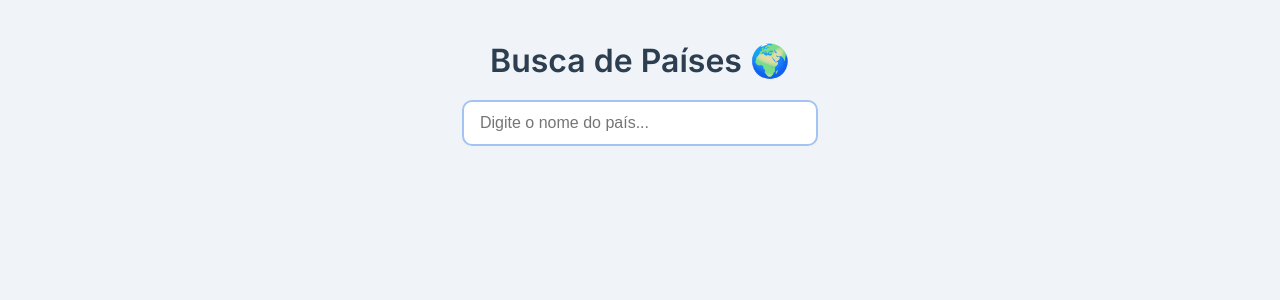
Repository: Wbyh7z/procurador-de-pa-s
Page: index.html
An editor plug-in stored every save of this project. The page is shown before and after the next save, followed by the edit.
The browser window is 1280 px wide. The pictures show the whole page.

Above is the page before, as saved 2025-08-11 02:05:04.

### index.html
<!DOCTYPE html>
<html lang="pt-BR">
<head>
  <meta charset="UTF-8" />
  <title>Busca de Países 🌍</title>
  <style>
    @import url('https://fonts.googleapis.com/css2?family=Inter:wght@400;600&display=swap');

    body {
      font-family: 'Inter', Arial, sans-serif;
      background: #f0f4f8;
      margin: 20px;
      color: #2c3e50;
      display: flex;
      flex-direction: column;
      align-items: center;
    }
    h1 {
      margin-bottom: 20px;
    }
    #search {
      padding: 12px 16px;
      width: 320px;
      font-size: 16px;
      border-radius: 10px;
      border: 2px solid #a3c4f3;
    }
    #countries-list {
      display: flex;
      flex-wrap: wrap;
      gap: 20px;
      margin-top: 20px;
      justify-content: center;
      max-width: 1000px;
    }
    .country-card {
      background: white;
      border-radius: 10px;
      padding: 15px;
      width: 220px;
      box-shadow: 0 4px 8px rgba(0,0,0,0.1);
      cursor: pointer;
      transition: transform 0.2s;
    }
    .country-card:hover {
      transform: scale(1.05);
      border: 2px solid #4a90e2;
    }
    .flag {
      width: 100%;
      height: 120px;
      object-fit: contain;
      border-radius: 6px;
      background: #eef5fc;
      margin-bottom: 10px;
    }
    .country-name {
      font-weight: bold;
      font-size: 18px;
      margin-bottom: 5px;
    }
    .country-info {
      font-size: 14px;
      color: #555;
    }

    /* Modal */
    .modal {
      display: none;
      position: fixed;
      inset: 0;
      background: rgba(0,0,0,0.5);
      justify-content: center;
      align-items: center;
      z-index: 100;
    }
    .modal-content {
      background: white;
      padding: 20px 25px;
      border-radius: 12px;
      width: 400px;
      max-width: 95%;
      box-shadow: 0 8px 20px rgba(0,0,0,0.2);
      position: relative;
    }
    .modal-content img {
      width: 100%;
      border-radius: 8px;
      margin-bottom: 15px;
    }
    .modal-content h2 {
      margin-top: 0;
      margin-bottom: 10px;
    }
    .close-btn {
      position: absolute;
      top: 10px;
      right: 12px;
      font-size: 20px;
      cursor: pointer;
      background: none;
      border: none;
    }
  </style>
</head>
<body>

  <h1>Busca de Países 🌍</h1>
  <input type="text" id="search" placeholder="Digite o nome do país..." autocomplete="off" />

  <div id="countries-list"></div>

  <!-- Modal de detalhes -->
  <div id="country-modal" class="modal">
    <div class="modal-content">
      <button class="close-btn">&times;</button>
      <img id="modal-flag" src="" alt="">
      <h2 id="modal-name"></h2>
      <p><strong>Capital:</strong> <span id="modal-capital"></span></p>
      <p><strong>População:</strong> <span id="modal-pop"></span></p>
      <p><strong>Área:</strong> <span id="modal-area"></span> km²</p>
      <p><strong>Região:</strong> <span id="modal-region"></span></p>
      <p><strong>Idiomas:</strong> <span id="modal-languages"></span></p>
      <p><strong>Moedas:</strong> <span id="modal-currencies"></span></p>
    </div>
  </div>

  <script>
    const countriesList = document.getElementById('countries-list');
    const searchInput = document.getElementById('search');
    let debounceTimeout;

    const modal = document.getElementById('country-modal');
    const closeBtn = modal.querySelector('.close-btn');

    function normalizeText(text) {
      return text.normalize("NFD").replace(/[\u0300-\u036f]/g, "").toLowerCase().trim();
    }

    function fetchCountries(query) {
      fetch(`https://restcountries.com/v3.1/name/${encodeURIComponent(query)}?fields=name,capital,flags,population,region`)
        .then(res => res.json())
        .then(data => renderCountries(data))
        .catch(() => countriesList.innerHTML = '<p>Nenhum país encontrado</p>');
    }

    function renderCountries(list) {
      countriesList.innerHTML = '';
      list.forEach(country => {
        const card = document.createElement('div');
        card.classList.add('country-card');
        card.innerHTML = `
          <img class="flag" src="${country.flags.svg}" alt="Bandeira de ${country.name.common}" />
          <div class="country-name">${country.name.common}</div>
          <div class="country-info">Capital: ${country.capital ? country.capital[0] : 'N/A'}</div>
          <div class="country-info">Região: ${country.region}</div>
        `;
        card.addEventListener('click', () => showCountryDetails(country.name.common));
        countriesList.appendChild(card);
      });
    }

    function showCountryDetails(countryName) {
      fetch(`https://restcountries.com/v3.1/name/${encodeURIComponent(countryName)}?fullText=true`)
        .then(res => res.json())
        .then(data => {
          const c = data[0];
          document.getElementById('modal-flag').src = c.flags.svg;
          document.getElementById('modal-name').textContent = c.name.common;
          document.getElementById('modal-capital').textContent = c.capital ? c.capital[0] : 'N/A';
          document.getElementById('modal-pop').textContent = c.population.toLocaleString('pt-BR');
          document.getElementById('modal-area').textContent = c.area.toLocaleString('pt-BR');
          document.getElementById('modal-region').textContent = c.region;
          document.getElementById('modal-languages').textContent = c.languages ? Object.values(c.languages).join(', ') : 'N/A';
          document.getElementById('modal-currencies').textContent = c.currencies ? Object.values(c.currencies).map(cur => `${cur.name} (${cur.symbol})`).join(', ') : 'N/A';
          modal.style.display = 'flex';
        });
    }

    closeBtn.addEventListener('click', () => {
      modal.style.display = 'none';
    });

    modal.addEventListener('click', (e) => {
      if(e.target === modal) modal.style.display = 'none';
    });

    searchInput.addEventListener('input', () => {
      const query = normalizeText(searchInput.value);
      clearTimeout(debounceTimeout);
      if(query.length < 2) {
        countriesList.innerHTML = '';
        return;
      }
      debounceTimeout = setTimeout(() => {
        fetchCountries(query);
      }, 400);
    });
  </script>

</body>
</html>

After the next save:
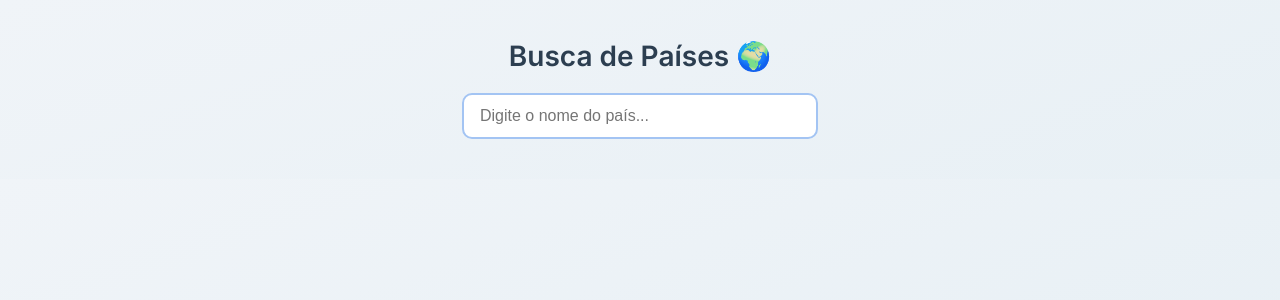
Saved 92 s later.
--- a/index.html
+++ b/index.html
@@ -8,7 +8,7 @@
 
     body {
       font-family: 'Inter', Arial, sans-serif;
-      background: #f0f4f8;
+      background: linear-gradient(160deg, #f0f4f8, #e8f0f5);
       margin: 20px;
       color: #2c3e50;
       display: flex;
@@ -17,6 +17,8 @@
     }
     h1 {
       margin-bottom: 20px;
+      font-size: 28px;
+      font-weight: 600;
     }
     #search {
       padding: 12px 16px;
@@ -24,6 +26,13 @@
       font-size: 16px;
       border-radius: 10px;
       border: 2px solid #a3c4f3;
+      outline: none;
+      transition: all 0.3s ease;
+      background: white;
+    }
+    #search:focus {
+      border-color: #4a90e2;
+      box-shadow: 0 0 8px rgba(74,144,226,0.4);
     }
     #countries-list {
       display: flex;
@@ -35,16 +44,17 @@
     }
     .country-card {
       background: white;
-      border-radius: 10px;
+      border-radius: 12px;
       padding: 15px;
       width: 220px;
       box-shadow: 0 4px 8px rgba(0,0,0,0.1);
       cursor: pointer;
-      transition: transform 0.2s;
+      transition: transform 0.2s, box-shadow 0.2s;
     }
     .country-card:hover {
-      transform: scale(1.05);
-      border: 2px solid #4a90e2;
+      transform: translateY(-4px);
+      box-shadow: 0 6px 14px rgba(0,0,0,0.15);
+      border: 1px solid #4a90e2;
     }
     .flag {
       width: 100%;
@@ -53,6 +63,7 @@
       border-radius: 6px;
       background: #eef5fc;
       margin-bottom: 10px;
+      border: 1px solid #d0dbe6;
     }
     .country-name {
       font-weight: bold;
@@ -73,33 +84,63 @@
       justify-content: center;
       align-items: center;
       z-index: 100;
+      animation: fadeIn 0.3s ease;
+    }
+    @keyframes fadeIn {
+      from { opacity: 0; }
+      to { opacity: 1; }
     }
     .modal-content {
       background: white;
-      padding: 20px 25px;
-      border-radius: 12px;
+      padding: 25px 30px;
+      border-radius: 14px;
       width: 400px;
       max-width: 95%;
       box-shadow: 0 8px 20px rgba(0,0,0,0.2);
       position: relative;
+      animation: slideUp 0.3s ease;
+    }
+    @keyframes slideUp {
+      from { transform: translateY(30px); opacity: 0; }
+      to { transform: translateY(0); opacity: 1; }
     }
     .modal-content img {
       width: 100%;
       border-radius: 8px;
       margin-bottom: 15px;
+      border: 1px solid #d0dbe6;
     }
     .modal-content h2 {
       margin-top: 0;
       margin-bottom: 10px;
+      font-size: 22px;
+      font-weight: 600;
+    }
+    .modal-content p {
+      margin: 6px 0;
+      font-size: 15px;
     }
     .close-btn {
       position: absolute;
-      top: 10px;
-      right: 12px;
-      font-size: 20px;
+      top: 12px;
+      right: 14px;
+      font-size: 22px;
       cursor: pointer;
-      background: none;
+      background: #f0f4f8;
       border: none;
+      border-radius: 50%;
+      width: 32px;
+      height: 32px;
+      display: flex;
+      align-items: center;
+      justify-content: center;
+      color: #4a90e2;
+      font-weight: bold;
+      transition: background 0.2s, transform 0.2s;
+    }
+    .close-btn:hover {
+      background: #dce6f3;
+      transform: rotate(90deg);
     }
   </style>
 </head>

After the save that followed:
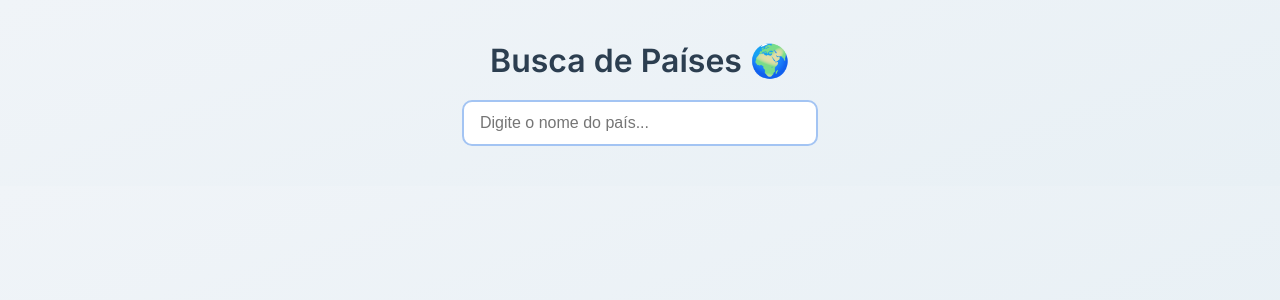
Saved 2 min 3 s later.
--- a/index.html
+++ b/index.html
@@ -2,12 +2,12 @@
 <html lang="pt-BR">
 <head>
   <meta charset="UTF-8" />
-  <title>Busca de Países 🌍</title>
+  <title>Busca de Países Animada 🌍</title>
   <style>
     @import url('https://fonts.googleapis.com/css2?family=Inter:wght@400;600&display=swap');
 
     body {
-      font-family: 'Inter', Arial, sans-serif;
+      font-family: 'Inter', sans-serif;
       background: linear-gradient(160deg, #f0f4f8, #e8f0f5);
       margin: 20px;
       color: #2c3e50;
@@ -15,11 +15,11 @@
       flex-direction: column;
       align-items: center;
     }
+
     h1 {
       margin-bottom: 20px;
-      font-size: 28px;
-      font-weight: 600;
-    }
+    }
+
     #search {
       padding: 12px 16px;
       width: 320px;
@@ -27,13 +27,31 @@
       border-radius: 10px;
       border: 2px solid #a3c4f3;
       outline: none;
-      transition: all 0.3s ease;
+      transition: 0.3s;
       background: white;
     }
+
     #search:focus {
       border-color: #4a90e2;
       box-shadow: 0 0 8px rgba(74,144,226,0.4);
     }
+
+    /* Loader */
+    .loader {
+      border: 4px solid #f0f4f8;
+      border-top: 4px solid #4a90e2;
+      border-radius: 50%;
+      width: 32px;
+      height: 32px;
+      animation: spin 0.8s linear infinite;
+      margin-top: 20px;
+      display: none;
+    }
+
+    @keyframes spin {
+      to { transform: rotate(360deg); }
+    }
+
     #countries-list {
       display: flex;
       flex-wrap: wrap;
@@ -42,6 +60,7 @@
       justify-content: center;
       max-width: 1000px;
     }
+
     .country-card {
       background: white;
       border-radius: 12px;
@@ -49,13 +68,24 @@
       width: 220px;
       box-shadow: 0 4px 8px rgba(0,0,0,0.1);
       cursor: pointer;
-      transition: transform 0.2s, box-shadow 0.2s;
-    }
+      transform: translateY(20px);
+      opacity: 0;
+      animation: fadeSlideUp 0.4s forwards;
+    }
+
+    @keyframes fadeSlideUp {
+      to {
+        opacity: 1;
+        transform: translateY(0);
+      }
+    }
+
     .country-card:hover {
       transform: translateY(-4px);
       box-shadow: 0 6px 14px rgba(0,0,0,0.15);
       border: 1px solid #4a90e2;
     }
+
     .flag {
       width: 100%;
       height: 120px;
@@ -65,11 +95,13 @@
       margin-bottom: 10px;
       border: 1px solid #d0dbe6;
     }
+
     .country-name {
       font-weight: bold;
       font-size: 18px;
       margin-bottom: 5px;
     }
+
     .country-info {
       font-size: 14px;
       color: #555;
@@ -84,12 +116,8 @@
       justify-content: center;
       align-items: center;
       z-index: 100;
-      animation: fadeIn 0.3s ease;
-    }
-    @keyframes fadeIn {
-      from { opacity: 0; }
-      to { opacity: 1; }
-    }
+    }
+
     .modal-content {
       background: white;
       padding: 25px 30px;
@@ -100,26 +128,19 @@
       position: relative;
       animation: slideUp 0.3s ease;
     }
+
     @keyframes slideUp {
       from { transform: translateY(30px); opacity: 0; }
       to { transform: translateY(0); opacity: 1; }
     }
+
     .modal-content img {
       width: 100%;
       border-radius: 8px;
       margin-bottom: 15px;
       border: 1px solid #d0dbe6;
     }
-    .modal-content h2 {
-      margin-top: 0;
-      margin-bottom: 10px;
-      font-size: 22px;
-      font-weight: 600;
-    }
-    .modal-content p {
-      margin: 6px 0;
-      font-size: 15px;
-    }
+
     .close-btn {
       position: absolute;
       top: 12px;
@@ -136,8 +157,9 @@
       justify-content: center;
       color: #4a90e2;
       font-weight: bold;
-      transition: background 0.2s, transform 0.2s;
-    }
+      transition: 0.2s;
+    }
+
     .close-btn:hover {
       background: #dce6f3;
       transform: rotate(90deg);
@@ -148,10 +170,10 @@
 
   <h1>Busca de Países 🌍</h1>
   <input type="text" id="search" placeholder="Digite o nome do país..." autocomplete="off" />
+  <div class="loader" id="loader"></div>
 
   <div id="countries-list"></div>
 
-  <!-- Modal de detalhes -->
   <div id="country-modal" class="modal">
     <div class="modal-content">
       <button class="close-btn">&times;</button>
@@ -169,6 +191,7 @@
   <script>
     const countriesList = document.getElementById('countries-list');
     const searchInput = document.getElementById('search');
+    const loader = document.getElementById('loader');
     let debounceTimeout;
 
     const modal = document.getElementById('country-modal');
@@ -179,17 +202,26 @@
     }
 
     function fetchCountries(query) {
+      loader.style.display = 'block';
+      countriesList.innerHTML = '';
       fetch(`https://restcountries.com/v3.1/name/${encodeURIComponent(query)}?fields=name,capital,flags,population,region`)
         .then(res => res.json())
-        .then(data => renderCountries(data))
-        .catch(() => countriesList.innerHTML = '<p>Nenhum país encontrado</p>');
+        .then(data => {
+          loader.style.display = 'none';
+          renderCountries(data);
+        })
+        .catch(() => {
+          loader.style.display = 'none';
+          countriesList.innerHTML = '<p>Nenhum país encontrado</p>';
+        });
     }
 
     function renderCountries(list) {
       countriesList.innerHTML = '';
-      list.forEach(country => {
+      list.forEach((country, index) => {
         const card = document.createElement('div');
         card.classList.add('country-card');
+        card.style.animationDelay = `${index * 0.1}s`;
         card.innerHTML = `
           <img class="flag" src="${country.flags.svg}" alt="Bandeira de ${country.name.common}" />
           <div class="country-name">${country.name.common}</div>
@@ -231,6 +263,7 @@
       clearTimeout(debounceTimeout);
       if(query.length < 2) {
         countriesList.innerHTML = '';
+        loader.style.display = 'none';
         return;
       }
       debounceTimeout = setTimeout(() => {
